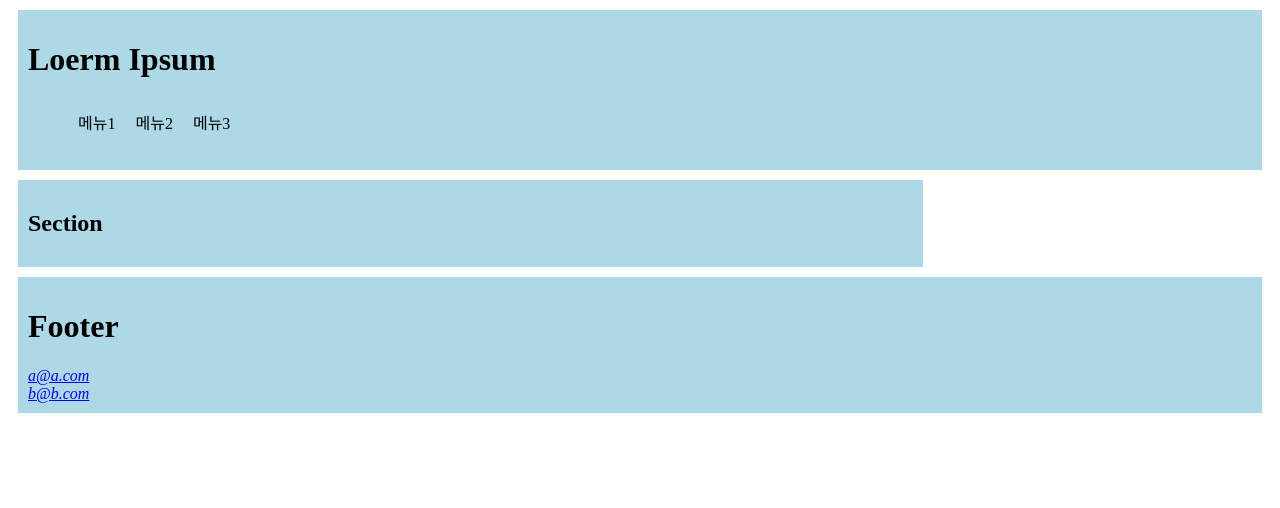
Repository: sangah-park98/jsp-class
Page: k20230503_1_html/src/main/webapp/07_content.html
An editor plug-in stored every save of this project. The page is shown before and after the next save, followed by the edit.
The browser window is 1280 px wide. The pictures show the whole page.

Above is the page before, as saved 2023-05-03 02:59:02.

### k20230503_1_html/src/main/webapp/07_content.html
<!DOCTYPE html>
<html>
<head>
<meta charset="UTF-8">
<title>Insert title here</title>
<link rel="stylesheet" href="07_content.css">
</head>
<body>
<!--
	<header> => 문서의 헤더(로고, 제목, 검색창 등을 포함)
	<footer> => 문서의 풋터(저작권, 작성자, 관련 문서 등을 포함)
	<main> => 문서의 주요 콘텐츠를 설정, 한 문서에 하나의 <main>만 포함시킨다. IE 지원 불가
	<article> => 독립적으로 구분되거나 재사용 가능한 영역을 설정한다.
	<section> => 문서의 일반적인 영역을 설정한다.
	<aside> => 문서의 별도 콘텐츠를 설정한다.(광고나 링크 등의 사이드 바)
	<nav> => 다른 페이지로 링크를 제공하는 영역을 설정한다.(네비게이션 바, 메뉴, 목차, 색인 등)

-->

<header>
	<h1>Loerm Ipsum</h1>
	<nav>
		<ul>
			<li>메뉴1</li>
			<li>메뉴2</li>
			<li>메뉴3</li>
		</ul>
	</nav>
</header>

<main>
	<section> <!-- 큰 덩어리 -->
		<h1>Section</h1>
	</section>



</main>

<footer>
	<h1>Footer</h1>
	<address> <!-- 이탤릭체로 바꾸어줌 -->
		<a href="mailto:a@a.com">a@a.com</a>
		<a href="mailto:b@b.com">b@b.com</a>
	</address>
</footer>
</body>
</html>

### k20230503_1_html/src/main/webapp/07_content.css
header {
	background-color: lightblue;
	margin: 10px; /* footer와의 간격 */
	padding: 10px;
}

ul {
	display: flex;
}

li {
	margin: 10px;
	list-style: none; /* 검은 동그라미 없앨 때 */
}

footer {
	background-color: lightblue;
	margin: 10px;
	padding: 10px;
}

a {
	display: block;
}

section {
	background-color: lightblue;
	margin: 10px;
	padding: 10px;
	width: 70%;
}

After the next save:
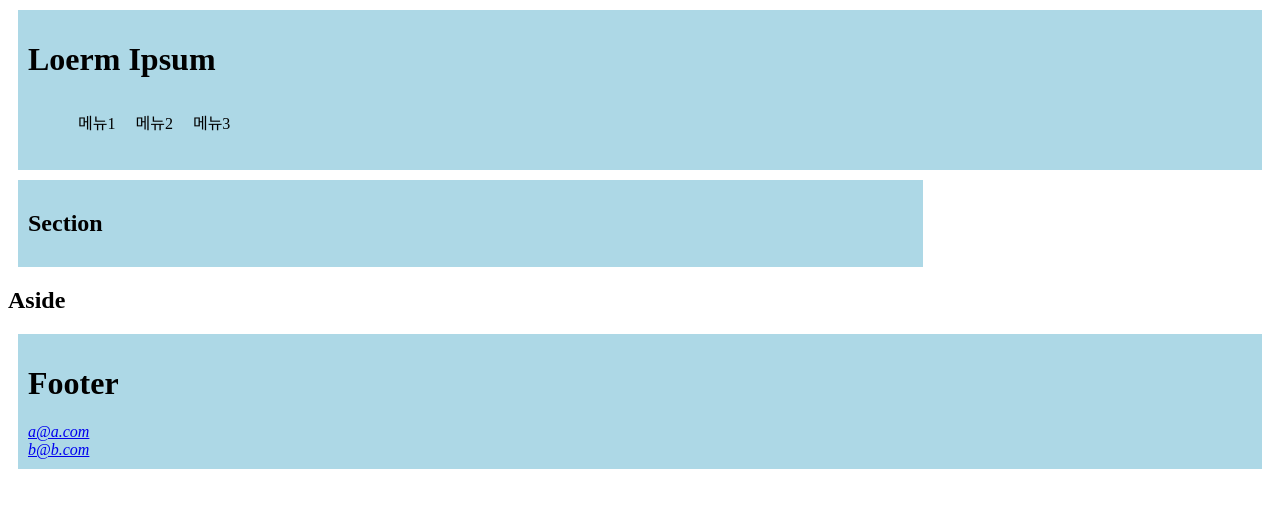
Saved 53 s later.
--- a/k20230503_1_html/src/main/webapp/07_content.html
+++ b/k20230503_1_html/src/main/webapp/07_content.html
@@ -32,7 +32,9 @@
 	<section> <!-- 큰 덩어리 -->
 		<h1>Section</h1>
 	</section>
-
+	<aside>
+		<h1>Aside</h1>
+	</aside>
 
 
 </main>
